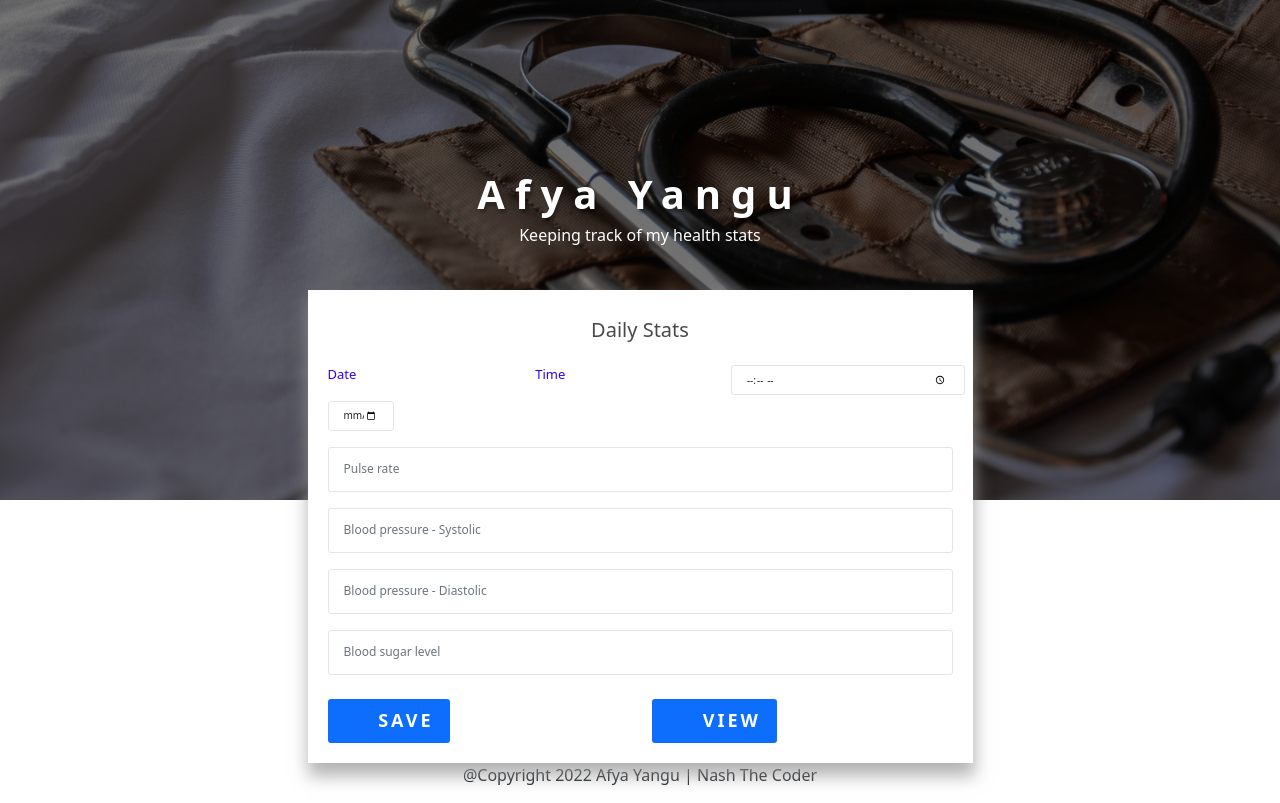
Repository: nashthecoder/afya_yangu
Page: /
These files come from the project's save history. The page is drawn as it stood at one moment and after the next save; the edit follows.
The browser window is 1280 px wide. The pictures show the whole page.
The project was rebuilt for these pictures with package versions that can differ from the ones it lists, and the page was loaded fresh each time.

Above is the page before, as saved 2022-02-27 16:50:02.

After the next save:
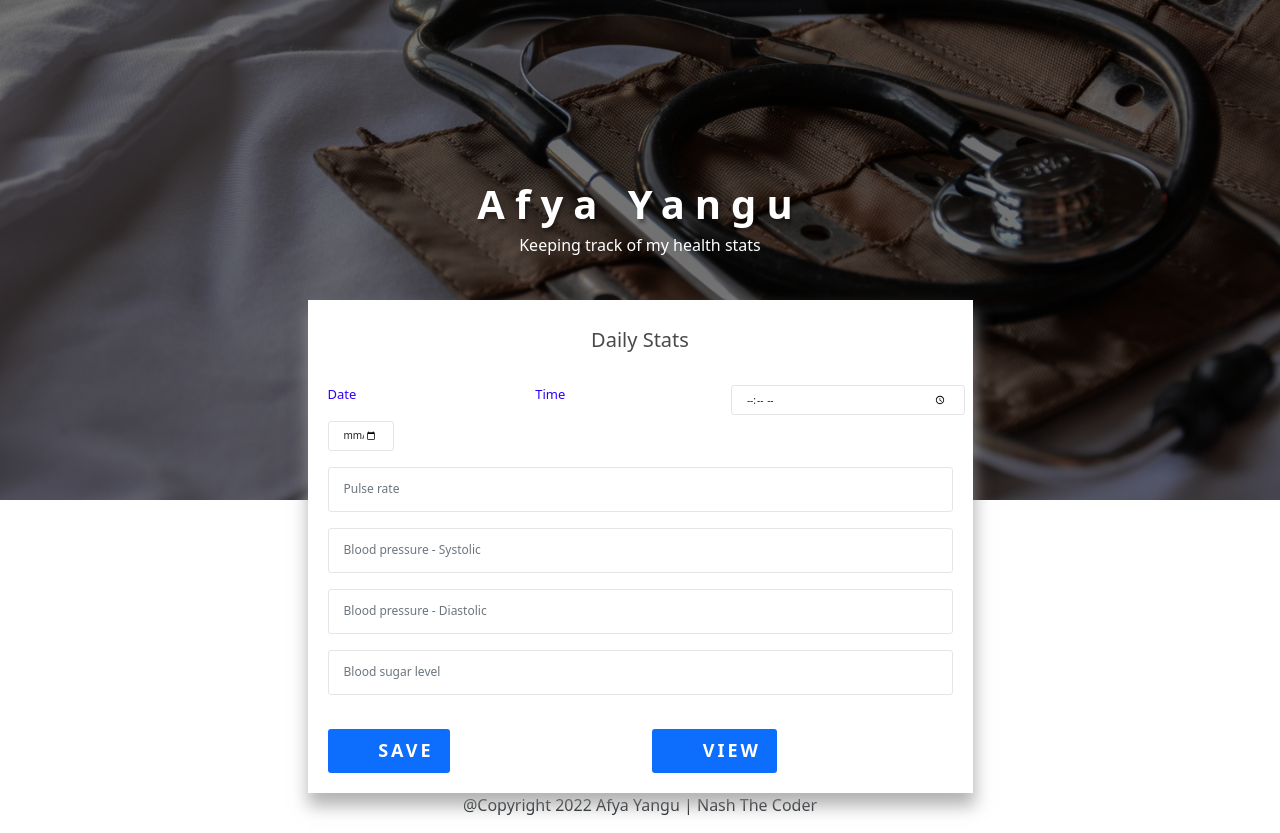
Saved 6 s later.
--- a/src/style.scss
+++ b/src/style.scss
@@ -183,7 +183,7 @@ input.form-control-short {
 }
 
 .row {
-    padding-top: 10;
+    padding-top: 10px;
     color: rgb(47, 0, 255);
     font-size: small;
 }
